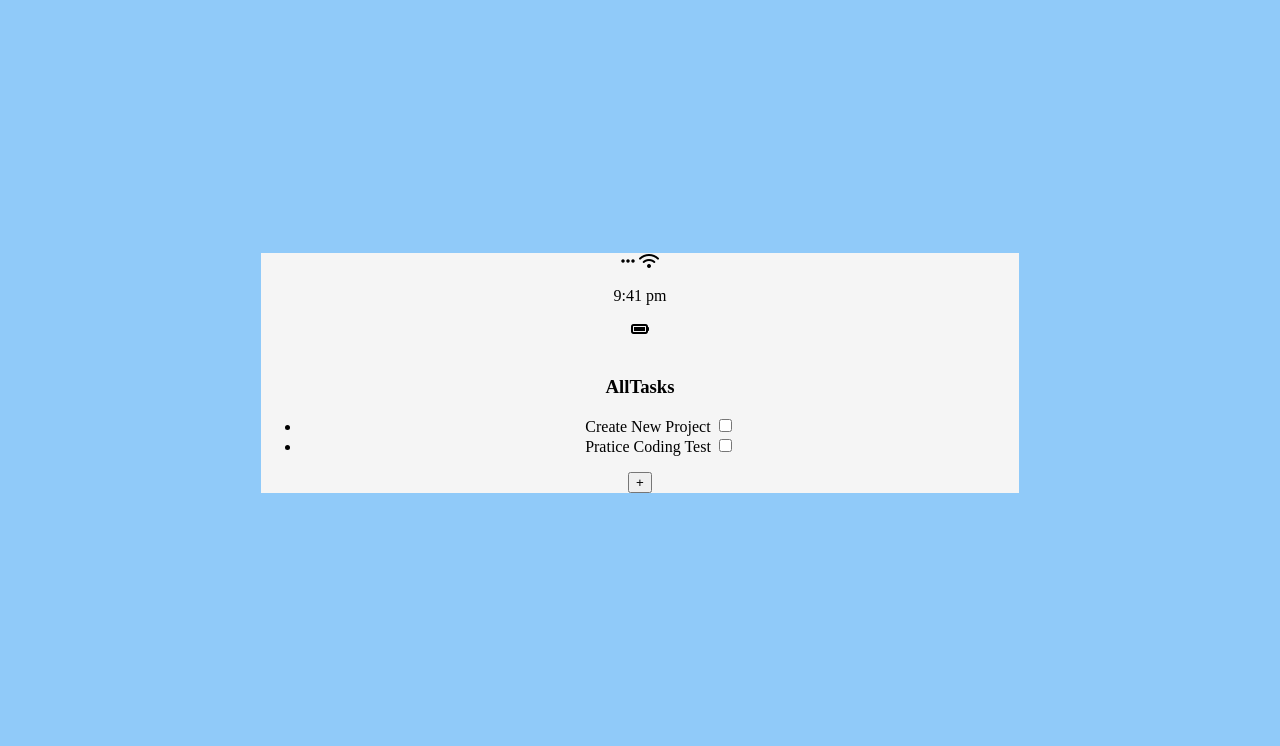
Repository: EEOOOO/javascript-projects
Page: todoListApp/index.html
The author's editor kept a copy of each file at every save. The page is drawn from the files as they stood at one save, then again after the next save.
The browser window is 1280 px wide. The pictures show the whole page.
Some icons come from a web library that is not loaded, so they are not drawn. Some web libraries are served in a nearby version.

Above is the page before, as saved 2022-07-29 15:46:24.

### todoListApp/index.html
<!DOCTYPE html>
<html lang="en">
<head>
    <meta charset="UTF-8">
    <meta http-equiv="X-UA-Compatible" content="IE=edge">
    <meta name="viewport" content="width=device-width, initial-scale=1.0">
    <script defer src="https://kit.fontawesome.com/7419342558.js" crossorigin="anonymous"></script>
    <script defer src="todoList.js"></script>
    <link rel="stylesheet" href="style.css">
    <title>ToDoList</title>
</head>
<body>
    <section class="container">
        <section class="defaultIcons">
            <i class="fas fa-ellipsis"></i>
            <i class="fas fa-wifi"></i>
            <p class="time">9:41 pm</p>
            <span class="batterySpan"></span>
            <i class="fas fa-battery-full"></i>
        </section>
        <nav class="navbar">
            <i class="fas fa-bars-sort"></i>
            <h1 class="title">AllTasks</h1>
        </nav>
        <section class="taskList">
            <ul class="tasks">
                <li class="task">
                    <span class="taskContent">Create New Project</span>
                    <input type="checkbox" class="taskChecker">
                </li>
                <li class="task">
                    <span class="taskContent">Pratice Coding Test</span>
                    <input type="checkbox" class="taskChecker">
                </li>
            </ul>
            <button class="addButton">+</button>
        </section>
    </section>
</body>
</html>

### todoListApp/style.css
:root {
  --color-blue: #90caf9;
  --color-white: #f5f5f5;
}
body {
  background-color: var(--color-blue);

  text-align: center;
}
.container {
  background-color: var(--color-white);
  margin: 20% auto;
  width: 60%;
}

Loaded but not shown: todoListApp/todoList.js (no stored copy; drawn as an empty file)

After the next save:
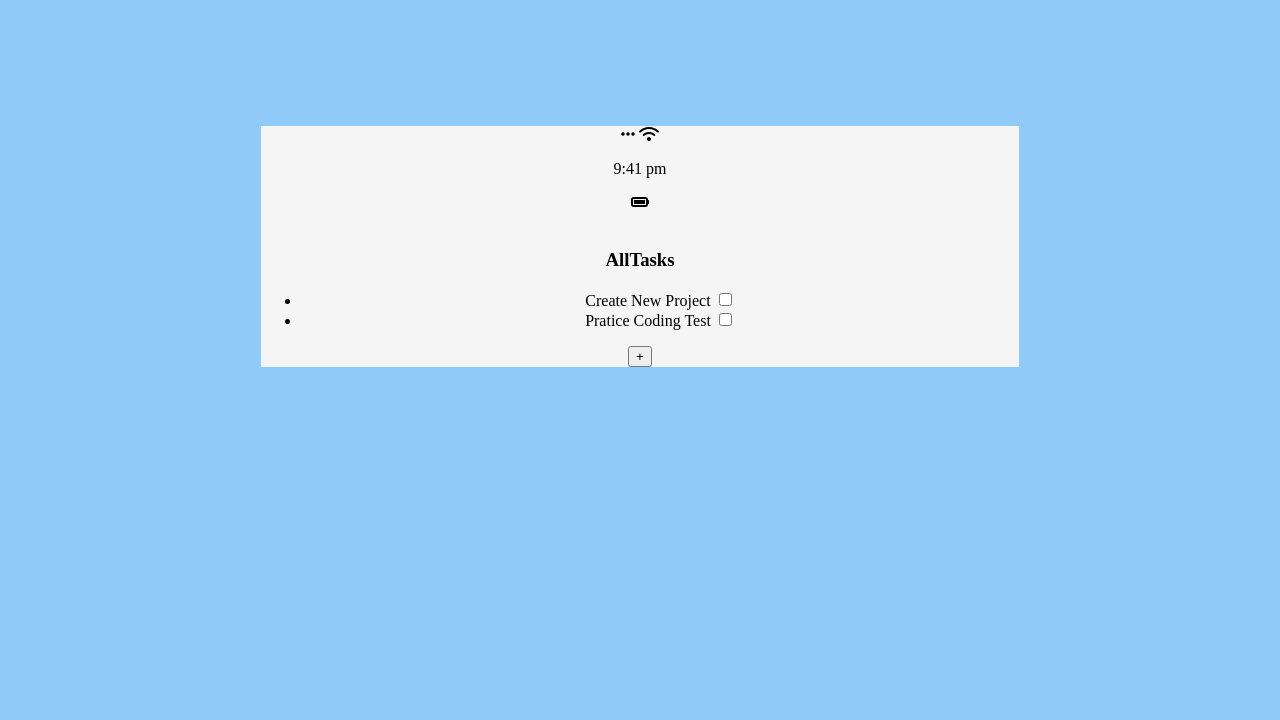
Saved 5 s later.
--- a/todoListApp/style.css
+++ b/todoListApp/style.css
@@ -9,6 +9,6 @@ body {
 }
 .container {
   background-color: var(--color-white);
-  margin: 20% auto;
+  margin: 10% auto;
   width: 60%;
 }
